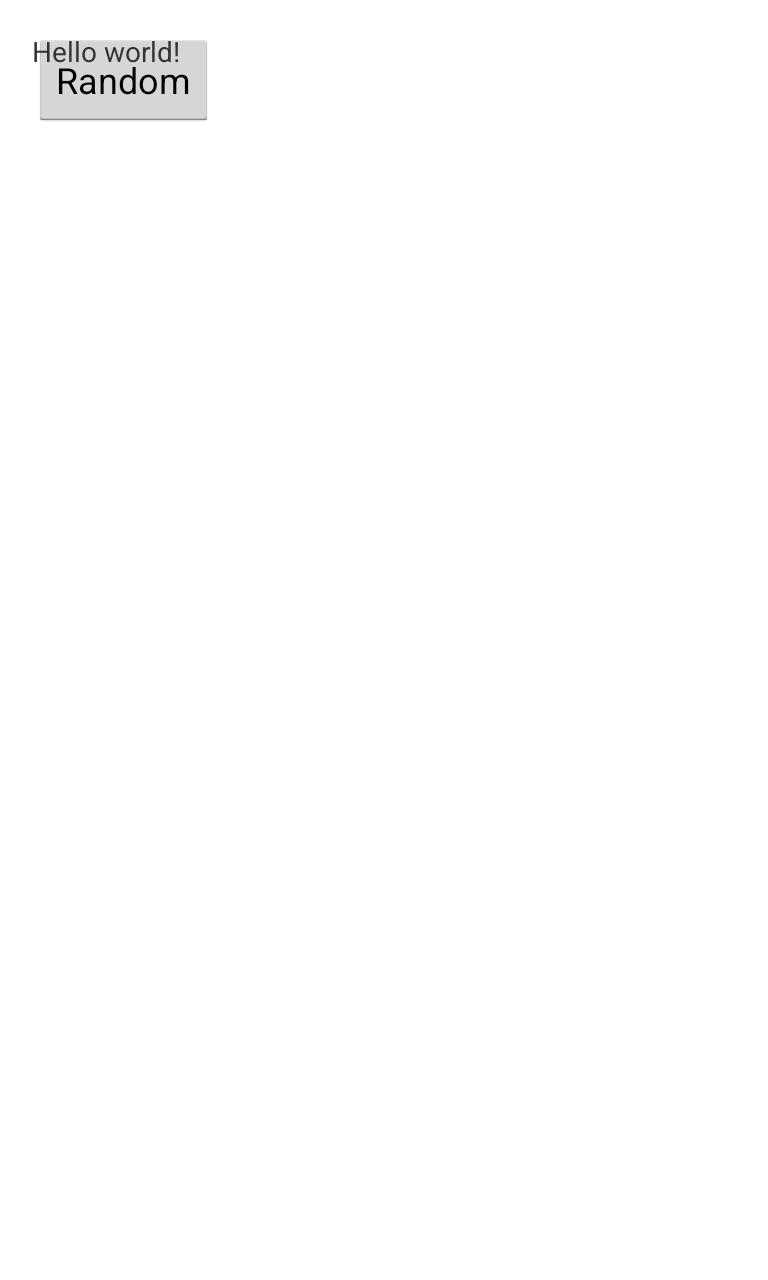
Repository: ek222mw/IDV436_API_Komponent
Layout: Labb1/res/layout/activity_main.xml
An editor plug-in stored every save of this project. The layout is shown before and after the next save, followed by the edit.
It is drawn on a 768 x 1280 px phone screen (xhdpi) without system bars, with theme AppTheme; the app's code is not run.

Above is the layout before, as saved 2014-11-14 09:23:22.

### Labb1/res/layout/activity_main.xml
<RelativeLayout xmlns:android="http://schemas.android.com/apk/res/android"
    xmlns:tools="http://schemas.android.com/tools"
    android:layout_width="match_parent"
    android:layout_height="match_parent"
    android:paddingBottom="@dimen/activity_vertical_margin"
    android:paddingLeft="@dimen/activity_horizontal_margin"
    android:paddingRight="@dimen/activity_horizontal_margin"
    android:paddingTop="@dimen/activity_vertical_margin"
    tools:context="com.example.labb1.MainActivity" >

    <Button
        android:id="@+id/button_send"
        android:layout_width="wrap_content"
        android:layout_height="wrap_content"
        android:onClick="onClick"
        android:text="@string/random" />

    <TextView
        android:id="@+id/randomInt"
        android:layout_width="wrap_content"
        android:layout_height="wrap_content"
        android:text="@string/hello_world"

         />


</RelativeLayout>

### Labb1/res/values/strings.xml
<?xml version="1.0" encoding="utf-8"?>
<resources>

    <string name="app_name">Labb1</string>
    <string name="hello_world">Hello world!</string>
    <string name="action_settings">Settings</string>
    <string name="random">Random</string>

</resources>

Loaded but not shown: Labb1/res/values/styles.xml (common file); Labb1/res/values-v11/styles.xml (common file); Labb1/res/values-v14/styles.xml (common file); Labb1/res/values/dimens.xml (common file); Labb1/res/values-w820dp/dimens.xml (common file)

After the next save:
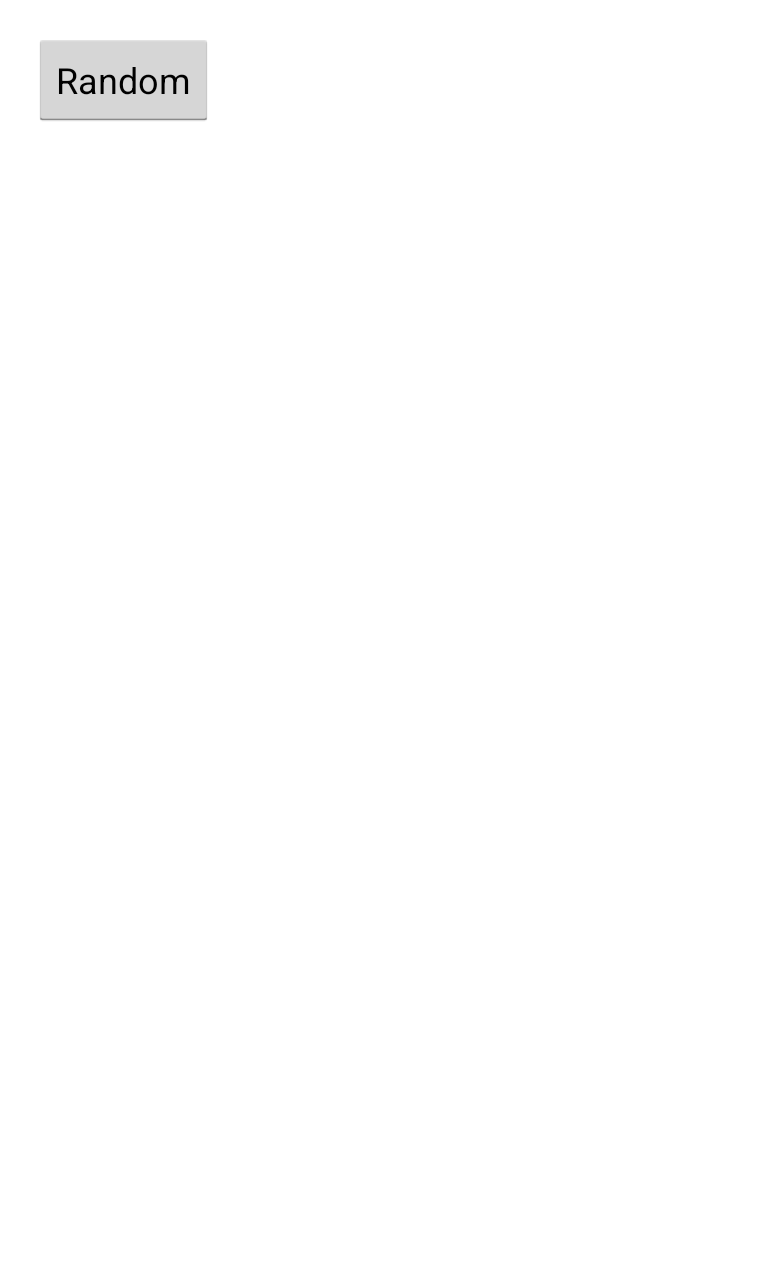
Saved 2 min 19 s later.
--- a/Labb1/res/layout/activity_main.xml
+++ b/Labb1/res/layout/activity_main.xml
@@ -20,6 +20,7 @@
         android:layout_width="wrap_content"
         android:layout_height="wrap_content"
         android:text="@string/hello_world"
+        android:text="@string/randomInt"
 
          />
 
--- a/Labb1/res/values/strings.xml
+++ b/Labb1/res/values/strings.xml
@@ -5,5 +5,6 @@
     <string name="hello_world">Hello world!</string>
     <string name="action_settings">Settings</string>
     <string name="random">Random</string>
+    <string name="randomInt"></string>
 
 </resources>
